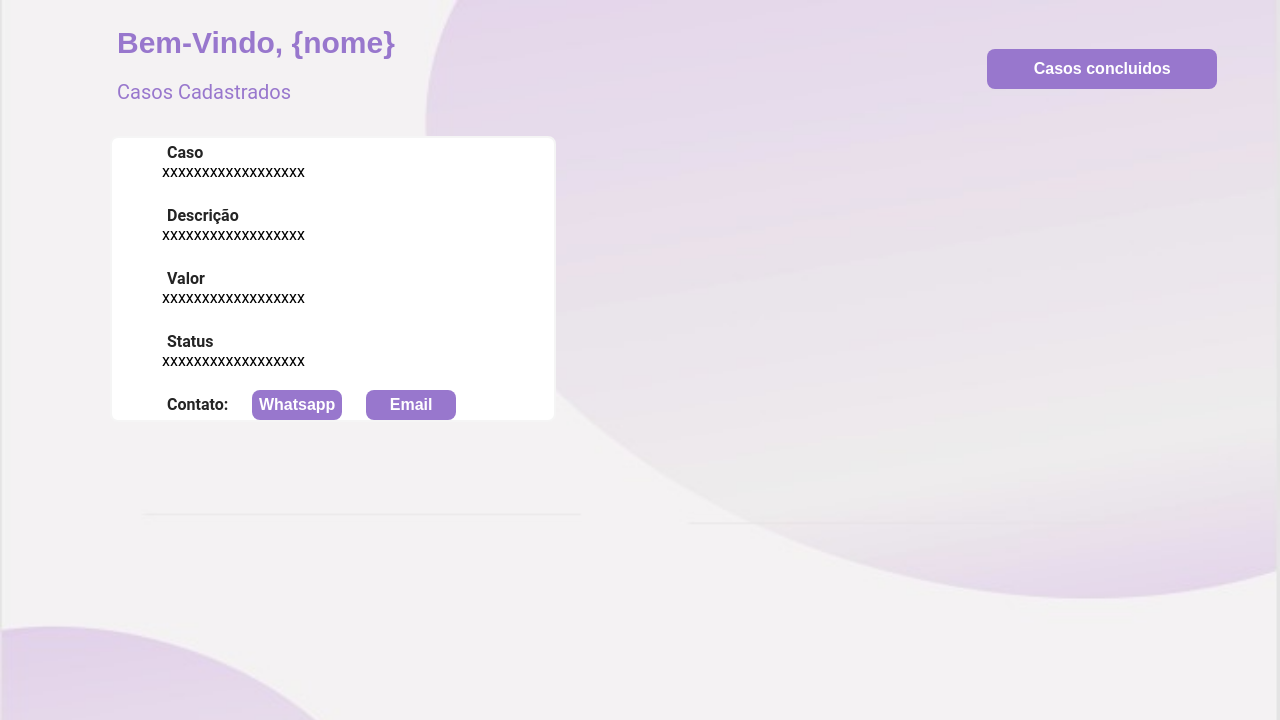
Repository: Dirlandia404/Casos
Page: src/pages/listaCasos.html
An editor plug-in stored every save of this project. The page is shown before and after the next save, followed by the edit.
The browser window is 1280 px wide. The pictures show the whole page.

Above is the page before, as saved 2021-07-16 22:20:57.

After the next save:
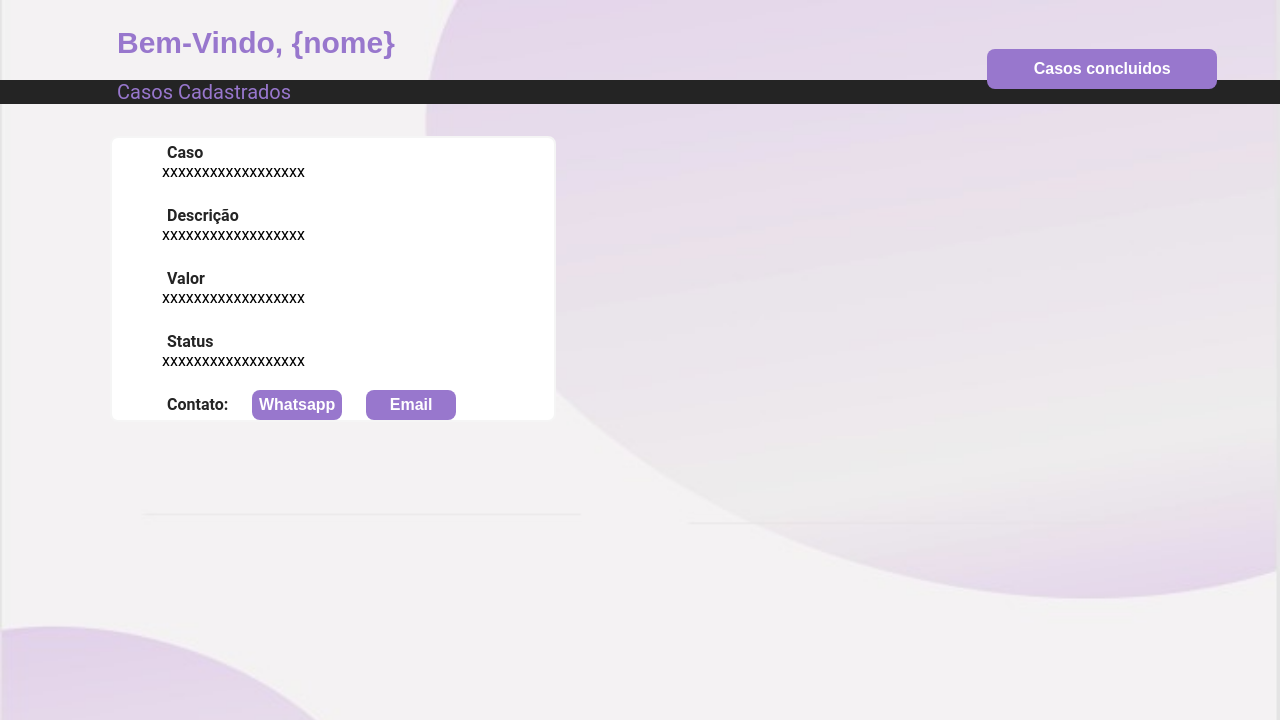
Saved 18 s later.
--- a/src/style/listaCasos.css
+++ b/src/style/listaCasos.css
@@ -9,6 +9,7 @@ h6{
 header{
     display: flex;
     justify-content: space-between;
+    background-color: #242424;
 }
 
 header p{
